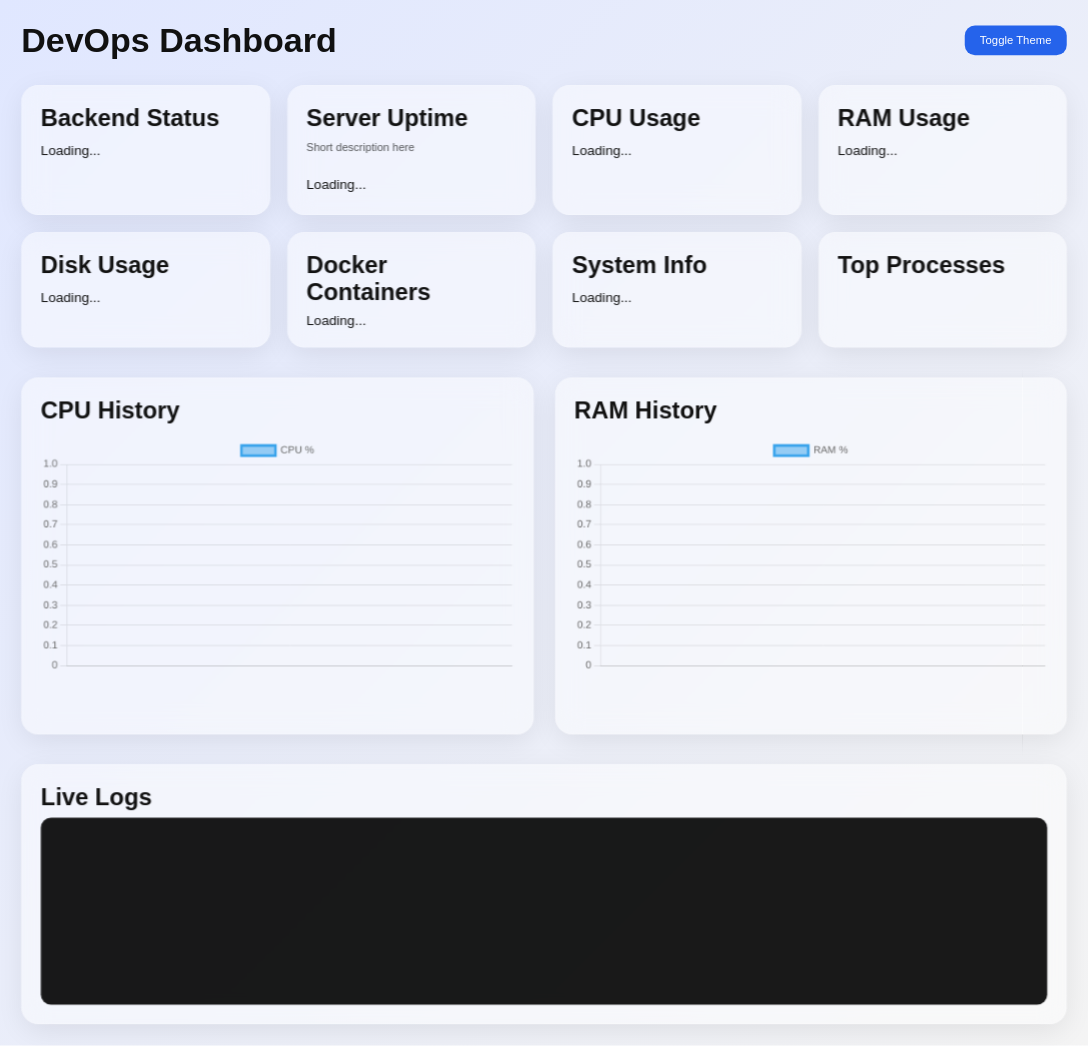
Repository: manoj-991/devops-dashboard
Page: frontend/index.html
An editor plug-in stored every save of this project. The page is shown before and after a run of saves, followed by the edit.
The browser window is 1280 px wide. The pictures show the whole page, at 85% of full size.
The page's requests for data from a server got no answer.

Above is the page before, as saved 2026-05-23 21:45:07.

### frontend/index.html
<!DOCTYPE html>
<html>

<head>

    <title>DevOps Dashboard</title>

    <link rel="stylesheet" href="/frontend/style.css">

    <script src="https://cdn.jsdelivr.net/npm/chart.js"></script>

</head>

<body>

    <div class="topbar">

        <h1>DevOps Dashboard</h1>

        <button onclick="toggleTheme()">
            Toggle Theme
        </button>

    </div>

    <div class="dashboard">

        <div class="card">
            <h2>Backend Status</h2>
            <p id="backend-status">Loading...</p>
        </div>

        <div class="card">
            <h2>Server Uptime</h2>
            <p class="description">
Short description here
</p>
            <p id="uptime-result">Loading...</p>
        </div>

        <div class="card">
            <h2>CPU Usage</h2>
            <p id="cpu-result">Loading...</p>
        </div>

        <div class="card">
            <h2>RAM Usage</h2>
            <p id="ram-result">Loading...</p>
        </div>

        <div class="card">
            <h2>Disk Usage</h2>
            <p id="disk-result">Loading...</p>
        </div>

        <div class="card">
            <h2>Docker Containers</h2>
            <div id="docker-result">
                Loading...
            </div>
        </div>

        <div class="card">
            <h2>System Info</h2>
            <p id="system-result">Loading...</p>
        </div>

        <div class="card process-card">
            <h2>Top Processes</h2>
            <div id="process-result"></div>
        </div>

    </div>

    <div class="charts">

        <div class="chart-card">
            <h2>CPU History</h2>
            <canvas id="cpuChart"></canvas>
        </div>

        <div class="chart-card">
            <h2>RAM History</h2>
            <canvas id="ramChart"></canvas>
        </div>

    </div>

    <div class="logs-card">

        <h2>Live Logs</h2>

        <div id="logs"></div>

    </div>

    <div id="alert-box"></div>

    <script src="/frontend/app.js"></script>

</body>

</html>

### frontend/style.css
* {

    margin: 0;
    padding: 0;
    box-sizing: border-box;
}

body {

    font-family: Arial, sans-serif;

    background:
        linear-gradient(135deg,
            #e0e7ff,
            #f4f4f4);

    color: #111;

    padding: 25px;

    transition:
        background 0.4s ease,
        color 0.4s ease;
}

body.dark {

    background:
        linear-gradient(135deg,
            #0f172a,
            #111827);

    color: white;
}

.topbar {

    display: flex;

    justify-content: space-between;

    align-items: center;

    margin-bottom: 30px;
}

.topbar h1 {

    font-size: 40px;

    font-weight: bold;
}

button {

    padding: 10px 18px;

    border: none;

    border-radius: 12px;

    cursor: pointer;

    background: #2563eb;

    color: white;

    transition:
        transform 0.2s ease,
        opacity 0.2s ease;
}

button:hover {

    transform: scale(1.05);

    opacity: 0.9;
}

.dashboard {

    display: grid;

    grid-template-columns:
        repeat(auto-fit, minmax(250px, 1fr));

    gap: 20px;
}

.card,
.chart-card,
.logs-card {

    position: relative;

    padding: 22px;

    border-radius: 20px;

    background:
        rgba(255, 255, 255, 0.45);

    backdrop-filter: blur(15px);

    border:
        1px solid rgba(255, 255, 255, 0.2);

    box-shadow:
        0 8px 32px rgba(0, 0, 0, 0.08);

    transition:
        transform 0.25s ease,
        box-shadow 0.25s ease;
}

body.dark .card,
body.dark .chart-card,
body.dark .logs-card {

    background:
        rgba(30, 41, 59, 0.45);

    border:
        1px solid rgba(255, 255, 255, 0.08);
}

.card:hover,
.chart-card:hover,
.logs-card:hover {

    transform: translateY(-5px);

    box-shadow:
        0 14px 30px rgba(0, 0, 0, 0.12);
}

.card h2,
.chart-card h2,
.logs-card h2 {

    margin-bottom: 8px;

    font-size: 28px;
}

.description {

    font-size: 13px;

    opacity: 0.7;

    margin-bottom: 18px;

    line-height: 1.5;
}

.metric {

    font-size: 32px;

    font-weight: bold;
}

.dashboard p {

    line-height: 1.7;
}

.charts {

    margin-top: 35px;

    display: grid;

    grid-template-columns:
        repeat(auto-fit, minmax(450px, 1fr));

    gap: 25px;
}

.chart-card {

    min-height: 420px;
}

.logs-card {

    margin-top: 35px;
}

#logs {

    background: rgba(0, 0, 0, 0.9);

    color: #00ff90;

    border-radius: 12px;

    padding: 18px;

    font-family: monospace;

    height: 220px;

    overflow-y: auto;

    line-height: 1.6;
}

.process-card {

    max-height: 300px;

    overflow-y: auto;
}

.process-card::-webkit-scrollbar {

    width: 8px;
}

.process-card::-webkit-scrollbar-thumb {

    background: rgba(100, 100, 100, 0.4);

    border-radius: 10px;
}

#alert-box {

    position: fixed;

    top: 25px;
    right: 25px;

    background: #ef4444;

    color: white;

    padding: 16px 24px;

    border-radius: 14px;

    font-weight: bold;

    display: none;

    box-shadow:
        0 8px 25px rgba(0, 0, 0, 0.2);

    animation:
        fadeIn 0.3s ease;
}

@keyframes fadeIn {

    from {

        opacity: 0;
        transform: translateY(-10px);
    }

    to {

        opacity: 1;
        transform: translateY(0);
    }
}

canvas {

    margin-top: 15px !important;
}

### frontend/app.js
const cpuChart = new Chart(
    document.getElementById("cpuChart"),
    {
        type: "line",

        data: {
            labels: [],
            datasets: [{
                label: "CPU %",
                data: []
            }]
        }
    }
);

const ramChart = new Chart(
    document.getElementById("ramChart"),
    {
        type: "line",

        data: {
            labels: [],
            datasets: [{
                label: "RAM %",
                data: []
            }]
        }
    }
);

async function fetchData(url) {

    const response = await fetch(url);

    return await response.json();
}

function toggleTheme() {

    document.body.classList.toggle("dark");
}

function showAlert(message) {

    const alertBox =
        document.getElementById("alert-box");

    alertBox.innerText = message;

    alertBox.style.display = "block";

    setTimeout(() => {

        alertBox.style.display = "none";

    }, 3000);
}

async function loadCharts() {

    try {

        const cpuHistory =
            await fetchData("/api/cpu-history");

        cpuChart.data.labels =
            cpuHistory.map(x => x.time);

        cpuChart.data.datasets[0].data =
            cpuHistory.map(x => x.value);

        cpuChart.update();

    } catch (err) {

        console.log(err);
    }

    try {

        const ramHistory =
            await fetchData("/api/ram-history");

        ramChart.data.labels =
            ramHistory.map(x => x.time);

        ramChart.data.datasets[0].data =
            ramHistory.map(x => x.value);

        ramChart.update();

    } catch (err) {

        console.log(err);
    }
}

async function loadDashboard() {

    try {

        const health =
            await fetchData("/api/health");

        document.getElementById(
            "backend-status"
        ).innerText = health.status;

    } catch (err) {

        console.log(err);
    }

    try {

        const uptime =
            await fetchData("/api/uptime");

        document.getElementById(
            "uptime-result"
        ).innerText = uptime.uptime;

    } catch (err) {

        console.log(err);
    }

    try {

        const cpu =
            await fetchData("/api/cpu");

        document.getElementById(
            "cpu-result"
        ).innerText = cpu.cpu;

        const cpuValue =
            parseFloat(cpu.cpu);

        if (cpuValue > 80) {

            showAlert("HIGH CPU");
        }

    } catch (err) {

        console.log(err);
    }

    try {

        const ram =
            await fetchData("/api/ram");

        document.getElementById(
            "ram-result"
        ).innerText = ram.ram;

        const ramValue =
            parseFloat(ram.ram);

        if (ramValue > 80) {

            showAlert("HIGH RAM");
        }

    } catch (err) {

        console.log(err);
    }

    try {

        const disk =
            await fetchData("/api/disk");

        document.getElementById(
            "disk-result"
        ).innerText = disk.disk;

    } catch (err) {

        console.log(err);
    }

    try {

        const system =
            await fetchData("/api/system");

        document.getElementById(
            "system-result"
        ).innerHTML =
            `
${system.hostname}<br>
${system.platform}
`;

    } catch (err) {

        console.log(err);
    }

    try {

        const processes =
            await fetchData("/api/processes");

        let html = "";

        processes.forEach(proc => {

            html += `
<p>
${proc.name}<br>
CPU: ${proc.cpu.toFixed(2)}%
</p>
`;
        });

        document.getElementById(
            "process-result"
        ).innerHTML = html;

    } catch (err) {

        console.log(err);
    }

    try {

        const containers =
            await fetchData("/api/docker");

        let html = "";

        containers.forEach(container => {

            html += `
<div style="margin-bottom:15px">

<strong>${container.name}</strong><br>

Image:
${container.image}<br>

State:
${container.state}<br>

Status:
${container.status}

</div>
`;
        });

        document.getElementById(
            "docker-result"
        ).innerHTML = html;

    } catch (err) {

        console.log(err);
    }

    try {

        const logs =
            await fetchData("/api/logs");

        document.getElementById(
            "logs"
        ).innerText = logs.logs;

    } catch (err) {

        console.log(err);
    }

    await loadCharts();
}

loadDashboard();

setInterval(loadDashboard, 3000);

After the next 4 saves:
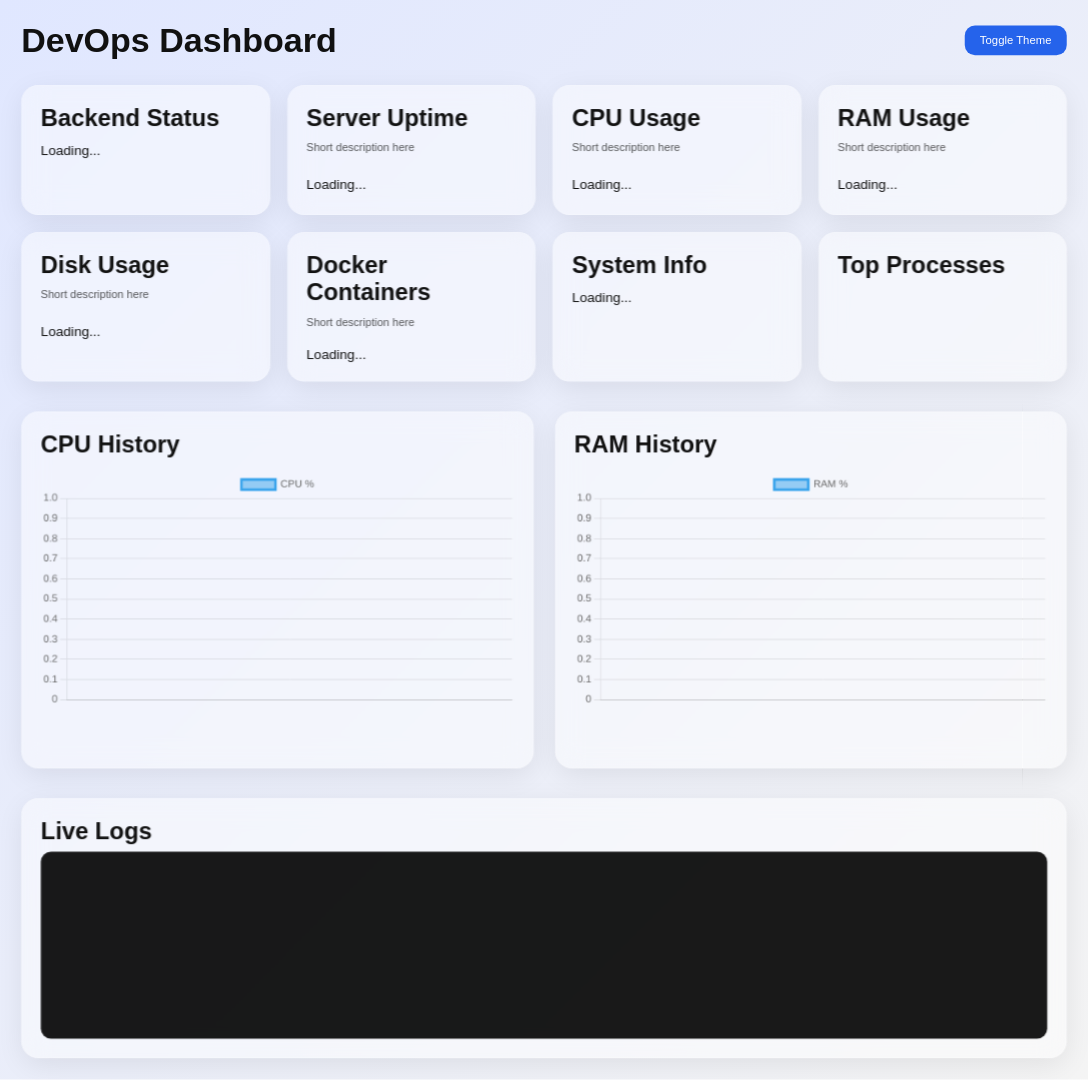
The 4 saves are shown as one change because they came seconds apart.
The last was saved 14 s later.
--- a/frontend/index.html
+++ b/frontend/index.html
@@ -40,21 +40,33 @@ Short description here
 
         <div class="card">
             <h2>CPU Usage</h2>
+            <p class="description">
+Short description here
+</p>
             <p id="cpu-result">Loading...</p>
         </div>
 
         <div class="card">
             <h2>RAM Usage</h2>
+            <p class="description">
+Short description here
+</p>
             <p id="ram-result">Loading...</p>
         </div>
 
         <div class="card">
             <h2>Disk Usage</h2>
+            <p class="description">
+Short description here
+</p>
             <p id="disk-result">Loading...</p>
         </div>
 
         <div class="card">
             <h2>Docker Containers</h2>
+            <p class="description">
+Short description here
+</p>
             <div id="docker-result">
                 Loading...
             </div>
